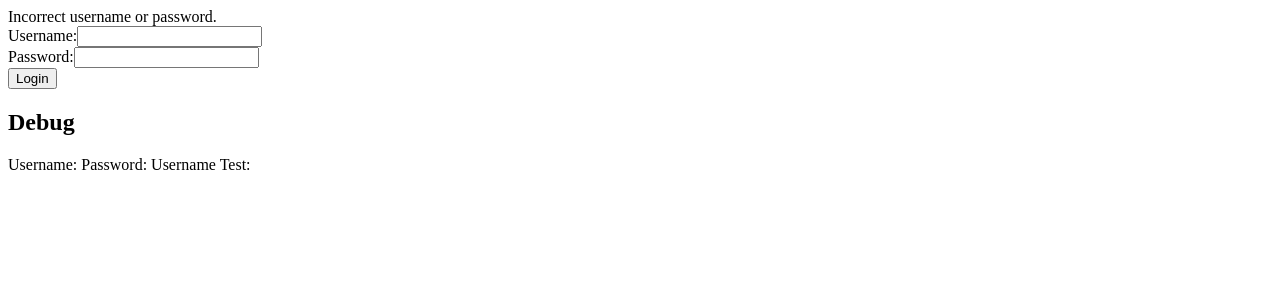
Repository: Bodily-Brad/CS313-Group-Java
Page: http://localhost/8.02/ValidateUser
These files come from the project's save history. The page is drawn as it stood at one moment and after the next save; the edit follows.
The browser window is 1280 px wide. The pictures show the whole page.
The page is served by Tomcat 9.

Above is the page before, as saved 2014-11-11 16:52:50.

### 8.02/WebContent/login.jsp
<%@ page language="java" contentType="text/html; charset=ISO-8859-1"
    pageEncoding="ISO-8859-1"%>
<!DOCTYPE html PUBLIC "-//W3C//DTD HTML 4.01 Transitional//EN" "http://www.w3.org/TR/html4/loose.dtd">
<html>
<head>
<meta http-equiv="Content-Type" content="text/html; charset=ISO-8859-1">
<title>CS313 - 8.02</title>
</head>
<body>
	<span>${requestScope.message}</span>
	<form action="ValidateUser" method="Get">
		<label>Username:</label><input type="text" name="username"><br>
		<label>Password:</label><input type="password" name="password"><br>
		<input type="submit" value="Login">
	</form>
	<h2>Debug</h2>
	Username: ${param.username}
	Password: ${param.password}
	Username Test: ${requestScore.usernameTest}
</body>
</html>

### 8.02/src/validation/ValidateUser.java
package validation;

import java.io.IOException;

import javax.servlet.ServletException;
import javax.servlet.annotation.WebServlet;
import javax.servlet.http.HttpServlet;
import javax.servlet.http.HttpServletRequest;
import javax.servlet.http.HttpServletResponse;

/**
 * Servlet implementation class ValidateUser
 */
@WebServlet("/ValidateUser")
public class ValidateUser extends HttpServlet {
	private static final long serialVersionUID = 1L;

    /**
     * @see HttpServlet#HttpServlet()
     */
    public ValidateUser() {
        super();
        // TODO Auto-generated constructor stub
    }

	/**
	 * @see HttpServlet#doGet(HttpServletRequest request, HttpServletResponse response)
	 */
	protected void doGet(HttpServletRequest request, HttpServletResponse response) throws ServletException, IOException {
		// TODO Auto-generated method stub

		// Get Username & Password from form
		String username = request.getParameter("username");
		String password = request.getParameter("password");

		// Do bad hard-coded validation
		if ( (username == "student" ) && (password == "myvoiceismypassport") )
		{
			request.setAttribute("message", "Guess it worked, go to Welcome now.");
			request.setAttribute("usernameTest", username);
			request.getRequestDispatcher("/login.jsp").forward(request, response);
		}
		else
		{
			request.setAttribute("message", "Incorrect username or password.");
			request.getRequestDispatcher("/login.jsp").forward(request, response);
		}


	}

	/**
	 * @see HttpServlet#doPost(HttpServletRequest request, HttpServletResponse response)
	 */
	protected void doPost(HttpServletRequest request, HttpServletResponse response) throws ServletException, IOException {
		// TODO Auto-generated method stub
	}

}

After the next save:
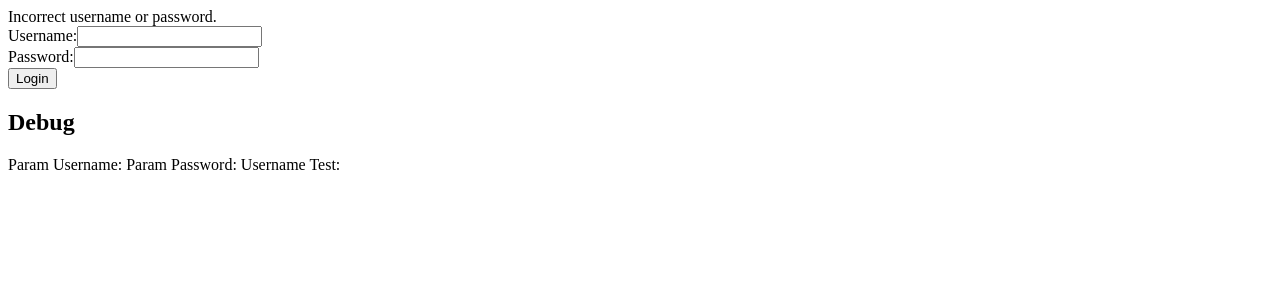
Saved 2 min 35 s later.
--- a/8.02/WebContent/login.jsp
+++ b/8.02/WebContent/login.jsp
@@ -14,8 +14,8 @@
 		<input type="submit" value="Login">
 	</form>
 	<h2>Debug</h2>
-	Username: ${param.username}
-	Password: ${param.password}
+	Param Username: ${param.username}
+	Param Password: ${param.password}
 	Username Test: ${requestScore.usernameTest}
 </body>
 </html>
